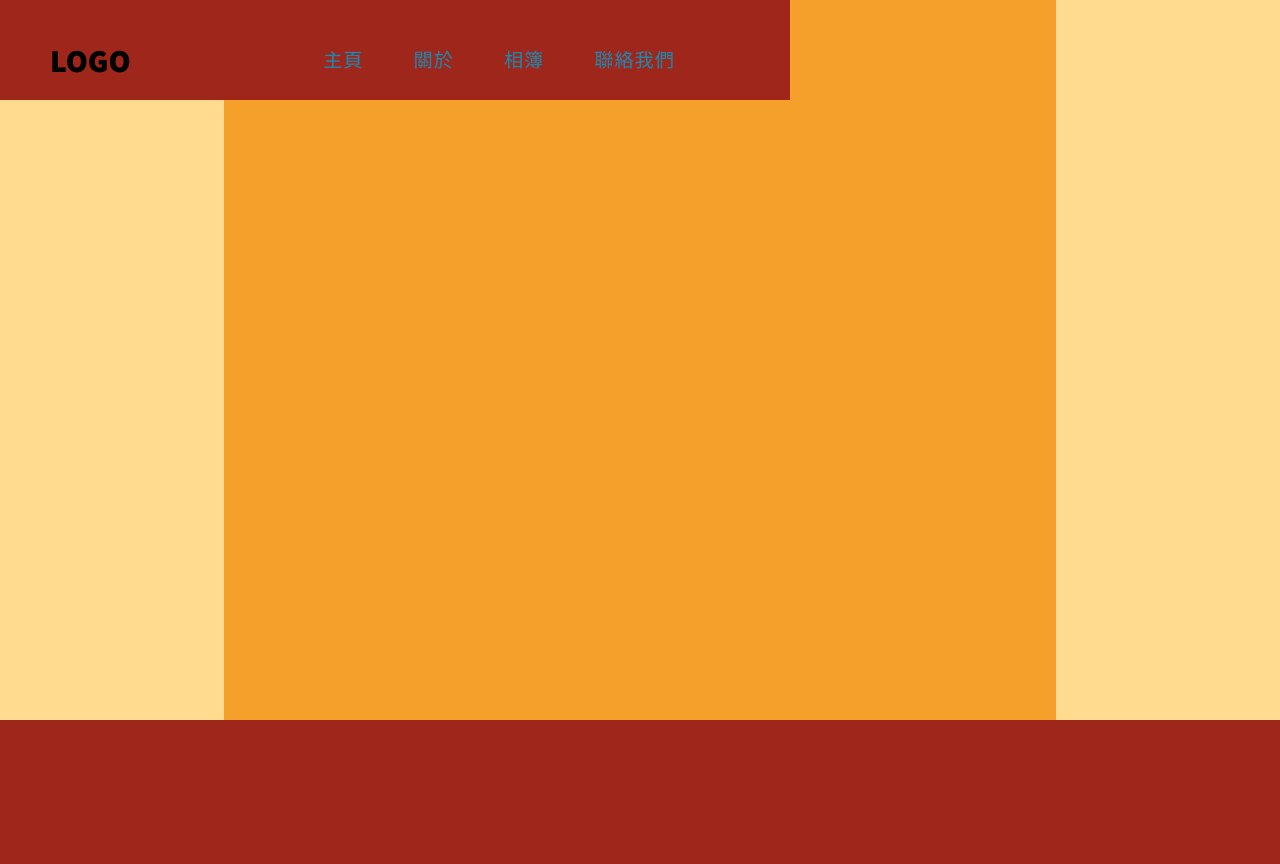
Repository: KevinYu0515/guanghui-food-website
Page: /
These files come from the project's save history. The page is drawn as it stood at one moment and after the next save; the edit follows.
The browser window is 1280 px wide. The pictures show the whole page.
The project was rebuilt for these pictures with package versions that can differ from the ones it lists, and the page was loaded fresh each time. Also part of the build but not shown: vue.config.js.

Above is the page before, as saved 2022-03-17 14:50:42.

After the next save:
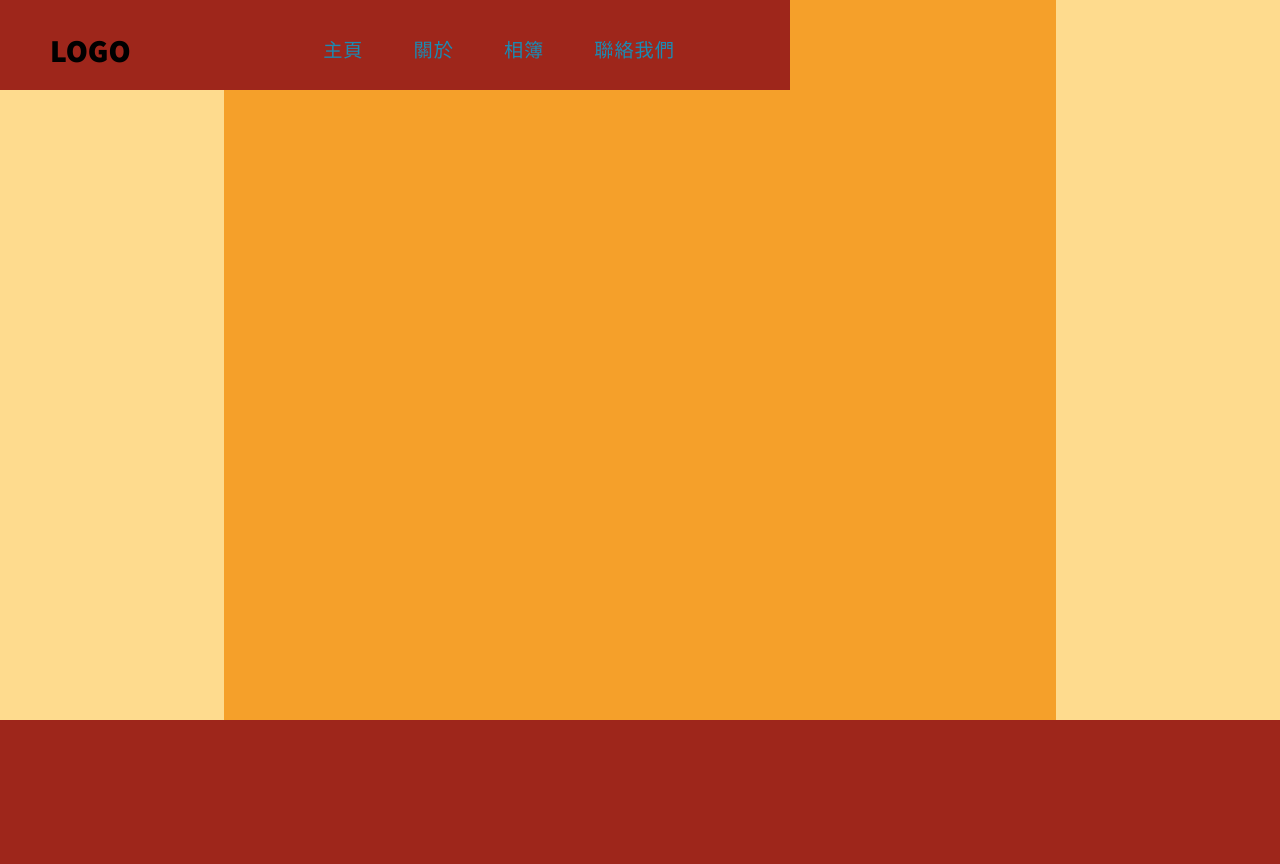
Saved 32 s later.
--- a/src/assets/scss/navbar.scss
+++ b/src/assets/scss/navbar.scss
@@ -4,7 +4,7 @@
     top: 0;
     width:50%;
     height: 80px;
-    padding: 20px 100px 0px 50px;
+    padding: 10px 100px 0px 50px;
     display: flex;
     justify-content: space-between;
     align-items: center;
